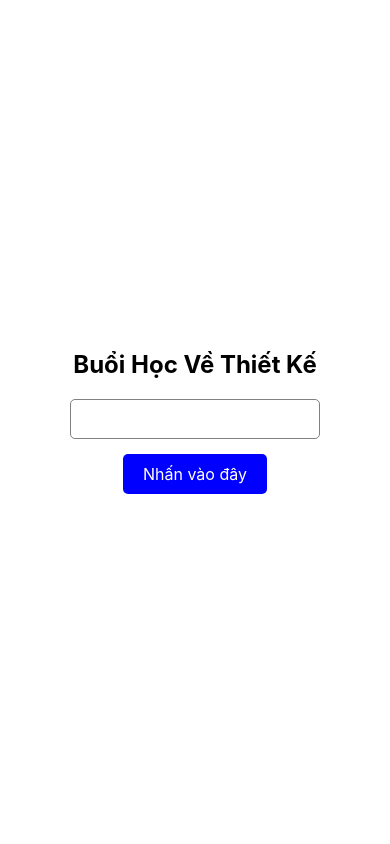
Repository: vanh1604/ExerciseReactNative
Screen: /
An editor plug-in stored every save of this project. The screen is shown before and after the next save, followed by the edit.
The app was drawn by React Native's web renderer in a window 390 px wide. The project was rebuilt for these pictures with package versions that can differ from the ones it lists, and the page was loaded fresh each time. Also part of the build but not shown: components/Caption.js.

Above is the screen before, as saved 2023-08-27 14:49:17.

### App.js
import { StatusBar } from "expo-status-bar";
import { StyleSheet, Text, View } from "react-native";
import LessonDesign from "./components/LessonDesign";
import Caption from "./components/Caption";
export default function App() {
  return <LessonDesign />;
}

const styles = StyleSheet.create({
  container: {
    flex: 1,
    backgroundColor: "#fff",
    alignItems: "center",
    justifyContent: "center",
  },
});

### components/LessonDesign.js
import React from "react";
import {
  View,
  Text,
  TextInput,
  Image,
  TouchableOpacity,
  StyleSheet,
} from "react-native";

const LessonDesign = () => {
  return (
    <View style={styles.container}>
      <Text style={styles.title}>Buổi Học Về Thiết Kế</Text>
      <TextInput style={styles.input} placeholder="Nhập tên của bạn" />
      {/* <Image style={styles.image} source={require("./your-image-file.png")} /> */}
      <TouchableOpacity
        style={styles.button}
        onPress={() => alert("Button clicked!")}
      >
        <Text style={styles.buttonText}>Nhấn vào đây</Text>
      </TouchableOpacity>
    </View>
  );
};

const styles = StyleSheet.create({
  container: {
    flex: 1,
    alignItems: "center",
    justifyContent: "center",
  },
  title: {
    fontSize: 24,
    fontWeight: "bold",
    marginBottom: 20,
  },
  input: {
    width: 250,
    height: 40,
    borderColor: "gray",
    borderWidth: 1,
    borderRadius: 5,
    paddingHorizontal: 10,
    marginBottom: 15,
    color: "white",
  },
  image: {
    width: 200,
    height: 200,
    resizeMode: "cover",
    marginBottom: 20,
  },
  button: {
    backgroundColor: "blue",
    paddingVertical: 10,
    paddingHorizontal: 20,
    borderRadius: 5,
  },
  buttonText: {
    color: "white",
    fontSize: 16,
  },
});

export default LessonDesign;

After the next save:
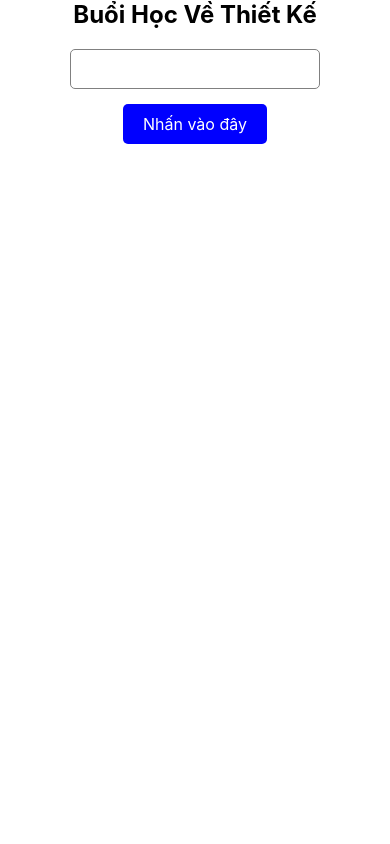
Saved 25 s later.
--- a/App.js
+++ b/App.js
@@ -3,7 +3,11 @@ import { StyleSheet, Text, View } from "react-native";
 import LessonDesign from "./components/LessonDesign";
 import Caption from "./components/Caption";
 export default function App() {
-  return <LessonDesign />;
+  return (
+    <View>
+      <LessonDesign />
+    </View>
+  );
 }
 
 const styles = StyleSheet.create({
